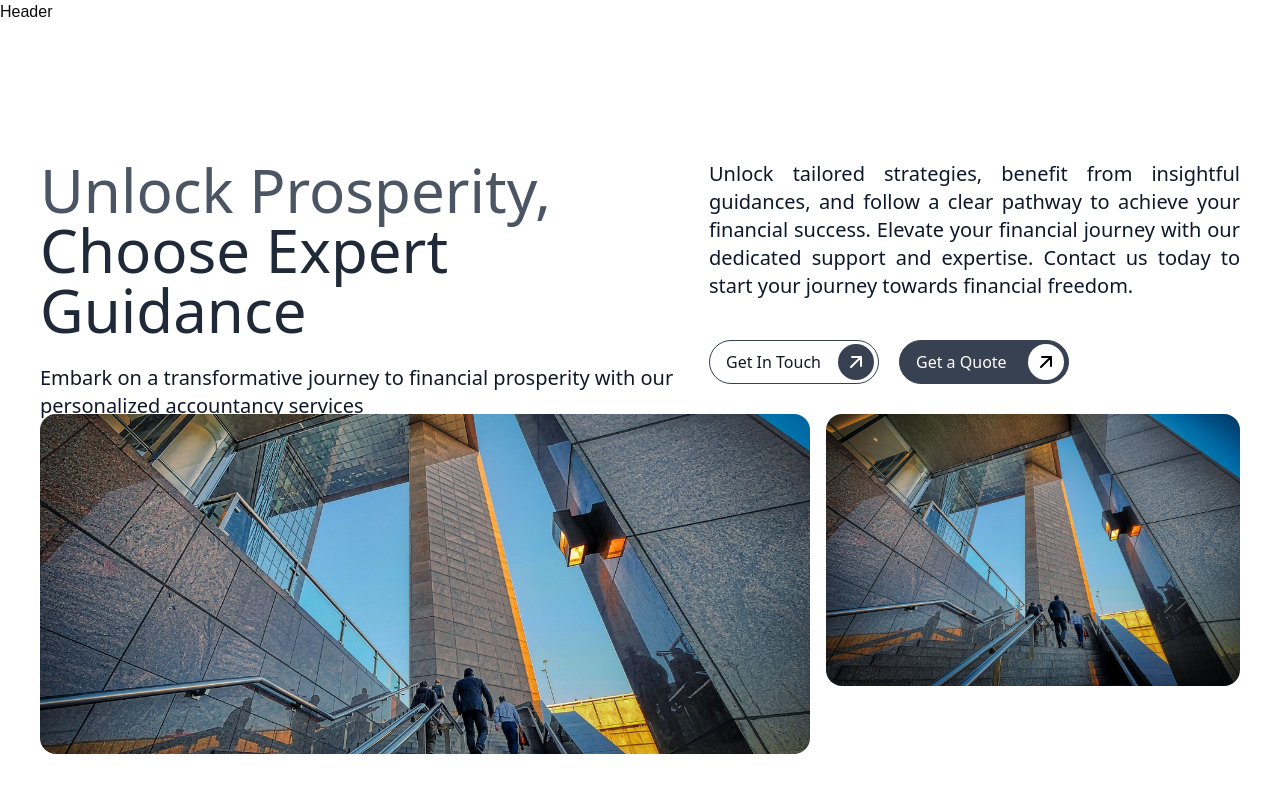
Repository: vespersolutionspk18/integrast-website
Page: /
An editor plug-in stored every save of this project. The page is shown before and after the next save, followed by the edit.
The browser window is 1280 px wide. The pictures show the whole page.
The project was rebuilt for these pictures with package versions that can differ from the ones it lists, and the page was loaded fresh each time. The framework's server and built-in components were replaced by stand-ins that run in the browser. Also part of the build but not shown: next.config.ts.

Above is the page before, as saved 2024-12-09 15:08:45.

### app/page.tsx
import Image from "next/image";
import Header from "./Header";
import Hero from "./Hero";

export default function Home() {
  return (
    <div>
      <Header />
      <Hero />
    </div>
  );
}

### app/Hero.tsx
import React from 'react'
import ButtonArrowwhite from "@/public/assets/buttonarrowwhite.svg";
import ButtonArrow from "@/public/assets/buttonarrow.svg";
const Hero = () => {
  return (
    <div className="flex flex-col p-10 ">
        <div className="flex flex-row mt-24 h-[190px] gap-5 ">
            <div className="w-[55%] flex flex-col">
                <h1 className="font-light font-sans text-6xl text-gray-600">Unlock Prosperity, <span className="text-gray-800">Choose Expert Guidance</span></h1>
                <h4 className="text-xl font-sans text-gray-900 mt-6">Embark on a transformative journey to financial prosperity with our personalized accountancy services</h4>
            </div>
            <div className="w-[45%] flex flex-col justify-between ">
                <h4 className="text-xl text-justify font-sans text-slate-900">Unlock tailored strategies, benefit from insightful guidances, and follow a clear pathway to achieve your financial success. Elevate your financial journey with our dedicated support and expertise. Contact us today to start your journey towards financial freedom.</h4>
                <div className="flex flex-row gap-5 pt-10">
                <div>
                <div id="button"
  className="group  bg-white h-[44px] flex-row border-[1px] border-gray-700 text-gray-900 text-[16px] py-1 px-1 font-light rounded-full hidden md:flex items-center justify-between w-[170px] transition-width duration-500 ease-in-out  hover:w-[195px] hover:bg-gray-700 hover:border-gray-700 hover:text-white "

>
  <div className="mx-3 font-sans font-regular">Get In Touch</div>
  <div className="bg-gray-700 rounded-full h-[36px] w-[36px] flex items-center justify-center transition-transform duration-500 ease-in-out group-hover:rotate-45">
    <ButtonArrowwhite className="h-[24px] w-[24px]" />
  </div>
            </div>
                </div>
                <div>
                <div id="button"
  className="group  bg-gray-700 h-[44px] flex-row border-[1px] border-gray-700 text-white text-[16px] py-1 px-1 font-light rounded-full hidden md:flex items-center justify-between w-[170px] transition-width duration-500 ease-in-out  hover:w-[195px] hover:bg-white hover:border-gray-700 hover:text-gray-700 "

>
  <div className="mx-3 font-sans font-regular">Get a Quote</div>
  <div className="bg-white rounded-full h-[36px] w-[36px] flex items-center justify-center transition-transform duration-500 ease-in-out group-hover:rotate-45">
    <ButtonArrow className="h-[24px] w-[24px]" />
  </div>
            </div>
                </div>

                </div>
            </div>
        </div>


        <div className="flex flex-row h-[340px] gap-4 mt-16">
            <div className="w-[65%] rounded-2xl bg-cover bg-center" style={{backgroundImage: `url('/assets/heroimage1.jpg')`}}></div>
            <div className="w-[35%] flex flex-col justify-between ">
                <div className="w-full h-[80%] rounded-2xl bg-cover bg-center" style={{backgroundImage: `url('/assets/heroimage1.jpg')`}}></div>
            </div>
        </div>
    </div>
  )
}

export default Hero

Loaded but not shown: app/layout.tsx (common file); app/globals.css (common file); app/Header.tsx (common file); tailwind.config.ts (common file)

After the next save:
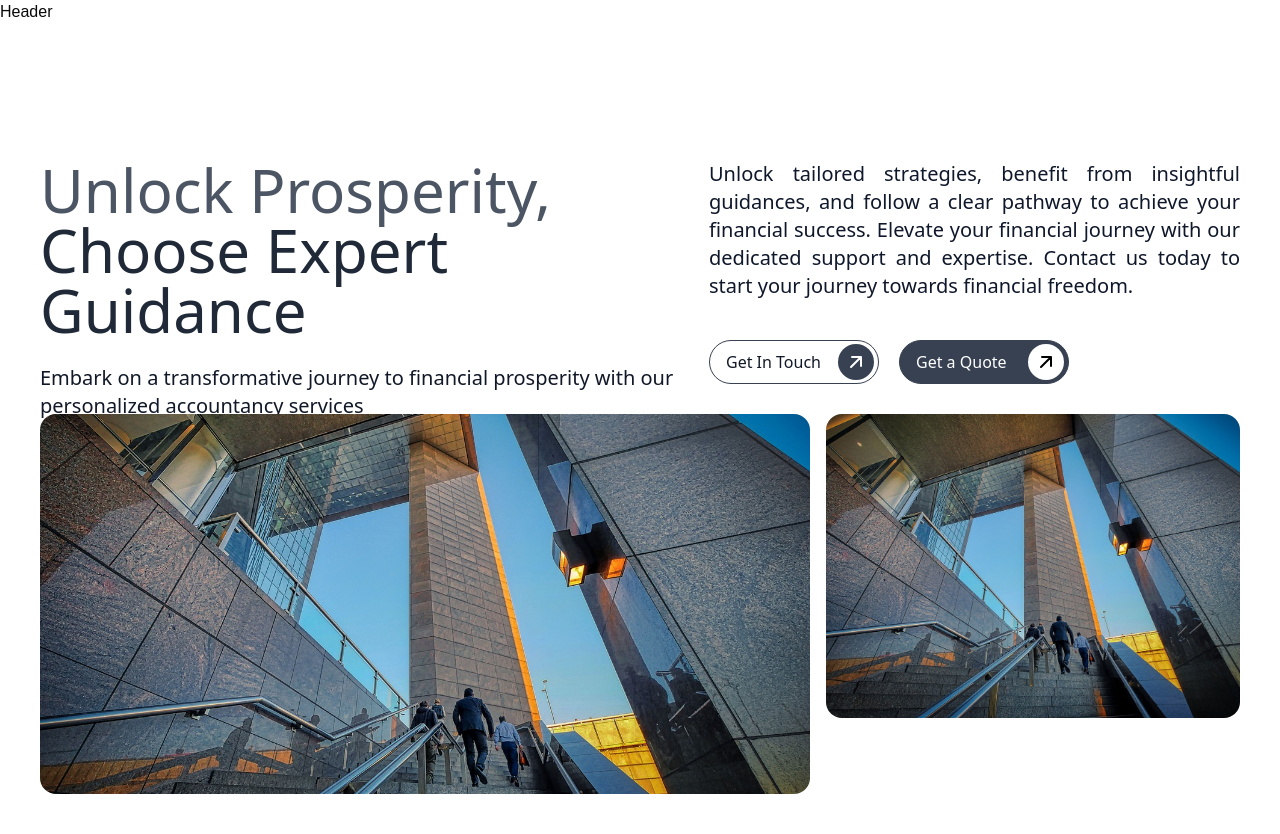
Saved 5 s later.
--- a/app/Hero.tsx
+++ b/app/Hero.tsx
@@ -40,7 +40,7 @@ const Hero = () => {
         </div>
 
 
-        <div className="flex flex-row h-[340px] gap-4 mt-16">
+        <div className="flex flex-row h-[380px] gap-4 mt-16">
             <div className="w-[65%] rounded-2xl bg-cover bg-center" style={{backgroundImage: `url('/assets/heroimage1.jpg')`}}></div>
             <div className="w-[35%] flex flex-col justify-between ">
                 <div className="w-full h-[80%] rounded-2xl bg-cover bg-center" style={{backgroundImage: `url('/assets/heroimage1.jpg')`}}></div>
